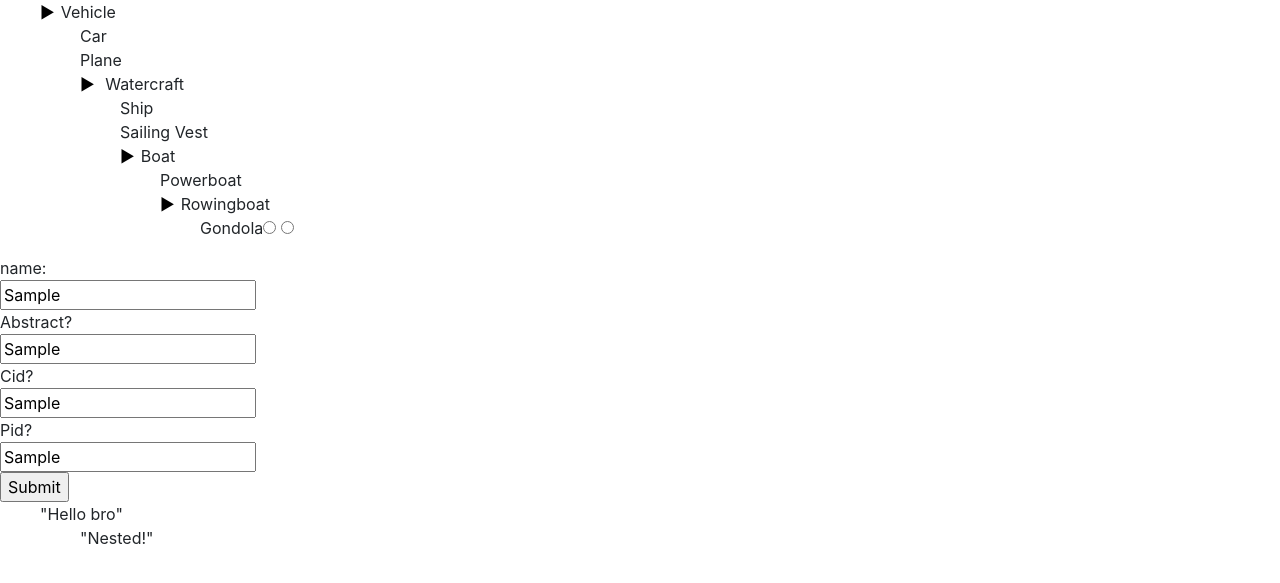
Repository: ked9268/Wonder
Page: http://localhost/cw3_mini_web_project_kjw42/WEB-INF/mainpage.jsp
An editor plug-in stored every save of this project. The page is shown before and after the next save, followed by the edit.
The browser window is 1280 px wide. The pictures show the whole page.
Empty fields were first filled with sample values (such as "Sample", 5 or name@example.com).
After loading, the first visible `span.caret` was clicked once.
Some web libraries are served in a nearby version. The page is served by Tomcat 9. Nobody is signed in. The template is opened directly, without the code that normally fills it, so the values that code supplies are empty.

Above is the page before, as saved 2020-01-07 21:55:48.

After the next save:
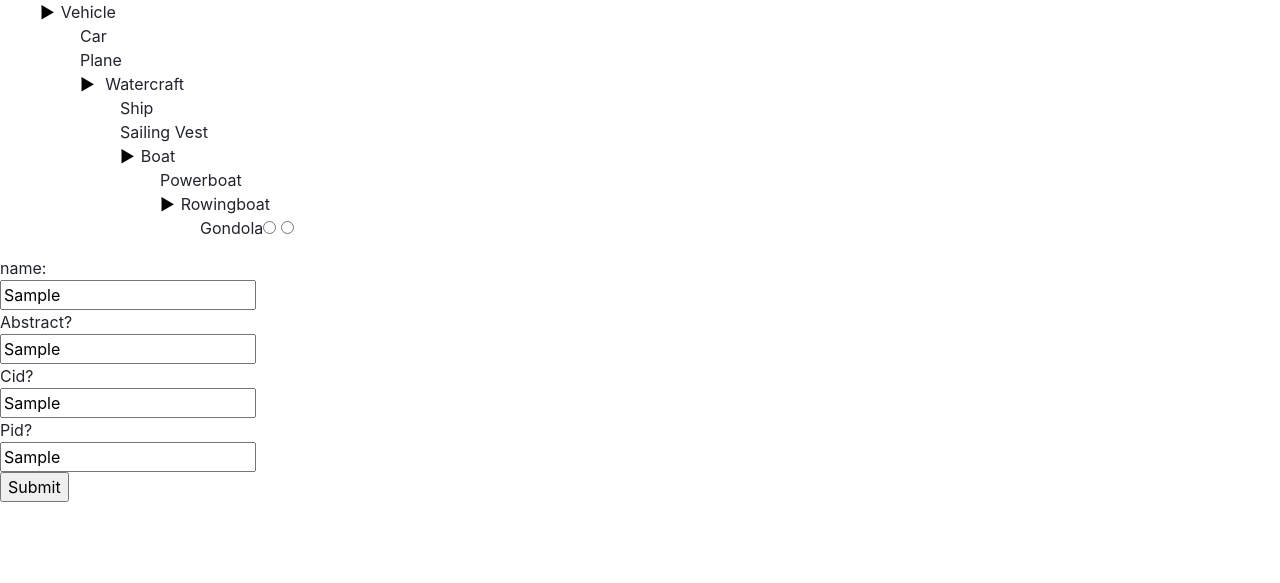
Console error: TypeError: Failed to execute 'appendChild' on 'Node': parameter 1 is not of type 'Node'.
Saved 66 s later.
--- a/workspaceEE/cw3_mini_web_project_kjw42/WebContent/WEB-INF/mainpage.jsp
+++ b/workspaceEE/cw3_mini_web_project_kjw42/WebContent/WEB-INF/mainpage.jsp
@@ -82,7 +82,7 @@
 			var run = '<li><a>"Hello bro"</a><ul><li><a>"Nested!"</a></li></ul></li>'
 			var btn = document.createElement("UL");   // Create a <button> element
 			btn.innerHTML = run;   // Insert text
-			document.getElementById("Gondola").appendChild(btn);
+			document.getElementById("Gondola").appendChild(run);
 			document.body.appendChild(btn);
 		}
 		</script>

After the save that followed:
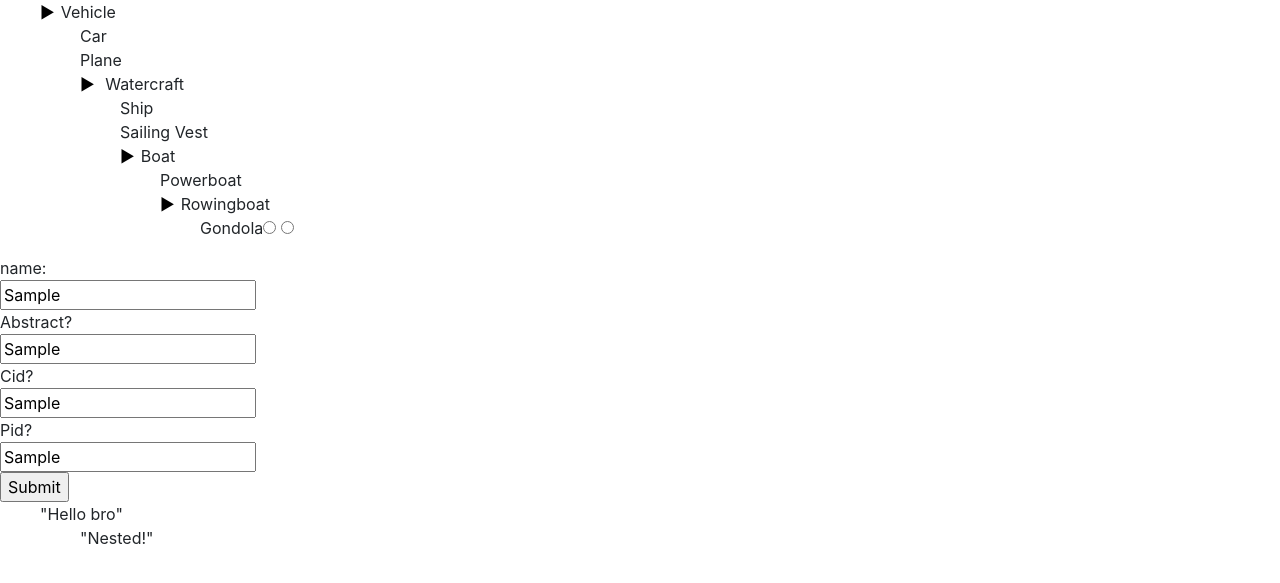
The error is gone.
Saved 24 s later.
--- a/workspaceEE/cw3_mini_web_project_kjw42/WebContent/WEB-INF/mainpage.jsp
+++ b/workspaceEE/cw3_mini_web_project_kjw42/WebContent/WEB-INF/mainpage.jsp
@@ -82,7 +82,7 @@
 			var run = '<li><a>"Hello bro"</a><ul><li><a>"Nested!"</a></li></ul></li>'
 			var btn = document.createElement("UL");   // Create a <button> element
 			btn.innerHTML = run;   // Insert text
-			document.getElementById("Gondola").appendChild(run);
+			document.getElementById("Gondola").appendChild(btn);
 			document.body.appendChild(btn);
 		}
 		</script>
